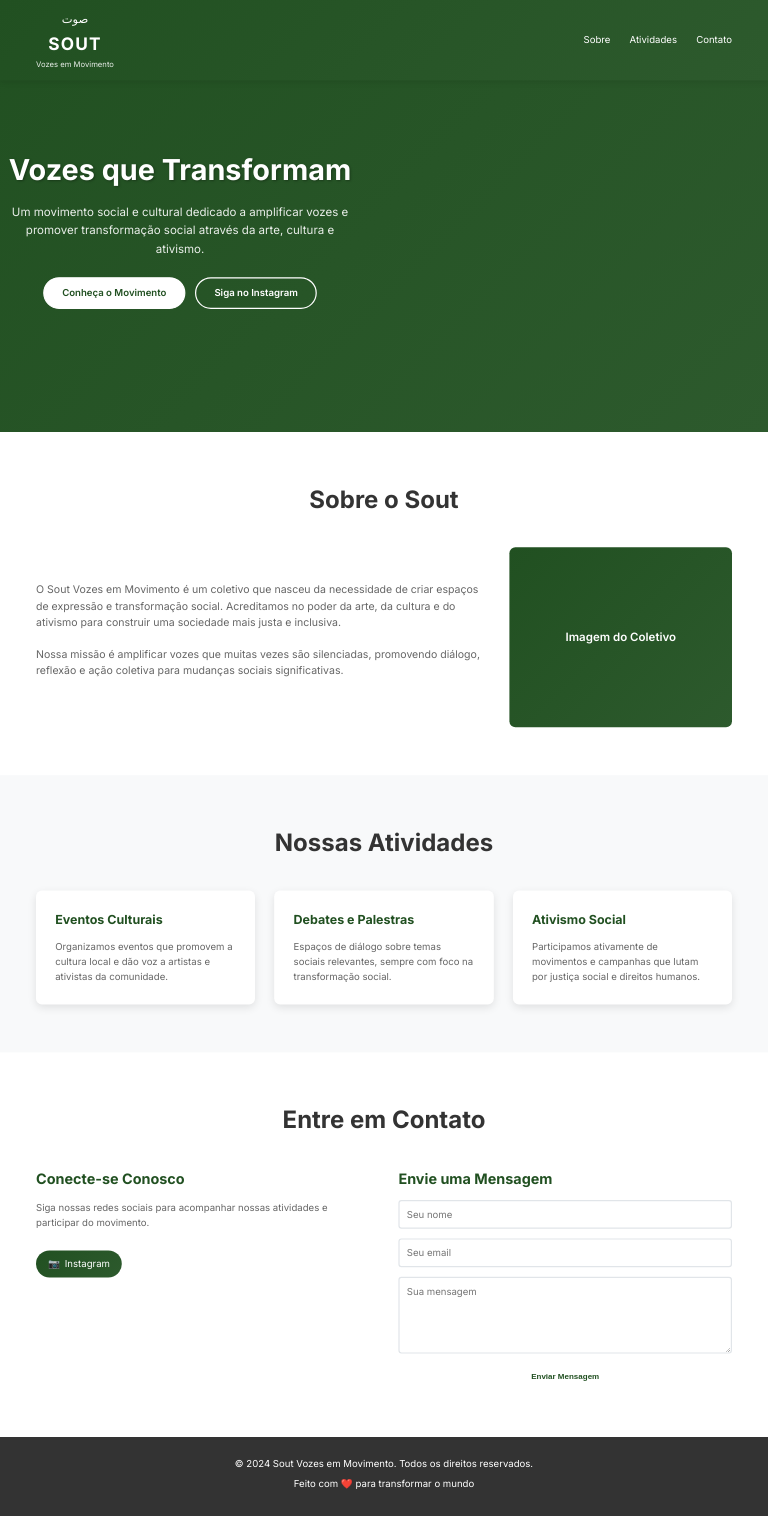
Repository: farukzahra/sout
Page: index.html
These files come from the project's save history. The page is drawn as it stood at one moment and after the next save; the edit follows.
The browser window is 1280 px wide. The pictures show the whole page, at 60% of full size.

Above is the page before, as saved 2025-10-02 12:55:02.

### index.html
<!DOCTYPE html>
<html lang="pt-BR">
<head>
    <meta charset="UTF-8">
    <meta name="viewport" content="width=device-width, initial-scale=1.0">
    <title>Sout Vozes em Movimento</title>
    <meta name="description" content="Sout Vozes em Movimento - Movimento social e cultural">
    <link rel="stylesheet" href="style.css">
    <link href="https://fonts.googleapis.com/css2?family=Inter:wght@300;400;600;700&display=swap" rel="stylesheet">
</head>
<body>
    <header class="header">
        <nav class="nav">
            <div class="nav-brand">
                <div class="logo">
                    <div class="logo-text">صوت</div>
                    <div class="logo-main">SOUT</div>
                    <div class="logo-subtitle">Vozes em Movimento</div>
                </div>
            </div>
            <ul class="nav-menu">
                <li><a href="#sobre">Sobre</a></li>
                <li><a href="#atividades">Atividades</a></li>
                <li><a href="#contato">Contato</a></li>
            </ul>
        </nav>
    </header>

    <main>
        <section class="hero">
            <div class="hero-content">
                <h2>Vozes que Transformam</h2>
                <p>Um movimento social e cultural dedicado a amplificar vozes e promover transformação social através da arte, cultura e ativismo.</p>
                <div class="hero-buttons">
                    <a href="#sobre" class="btn btn-primary">Conheça o Movimento</a>
                    <a href="https://www.instagram.com/sout_vozesemmovimento/" target="_blank" class="btn btn-secondary">Siga no Instagram</a>
                </div>
            </div>
        </section>

        <section id="sobre" class="section">
            <div class="container">
                <h2>Sobre o Sout</h2>
                <div class="about-content">
                    <div class="about-text">
                        <p>O Sout Vozes em Movimento é um coletivo que nasceu da necessidade de criar espaços de expressão e transformação social. Acreditamos no poder da arte, da cultura e do ativismo para construir uma sociedade mais justa e inclusiva.</p>
                        <p>Nossa missão é amplificar vozes que muitas vezes são silenciadas, promovendo diálogo, reflexão e ação coletiva para mudanças sociais significativas.</p>
                    </div>
                    <div class="about-image">
                        <div class="placeholder-image">
                            <span>Imagem do Coletivo</span>
                        </div>
                    </div>
                </div>
            </div>
        </section>

        <section id="atividades" class="section section-alt">
            <div class="container">
                <h2>Nossas Atividades</h2>
                <div class="activities-grid">
                    <div class="activity-card">
                        <h3>Eventos Culturais</h3>
                        <p>Organizamos eventos que promovem a cultura local e dão voz a artistas e ativistas da comunidade.</p>
                    </div>
                    <div class="activity-card">
                        <h3>Debates e Palestras</h3>
                        <p>Espaços de diálogo sobre temas sociais relevantes, sempre com foco na transformação social.</p>
                    </div>
                    <div class="activity-card">
                        <h3>Ativismo Social</h3>
                        <p>Participamos ativamente de movimentos e campanhas que lutam por justiça social e direitos humanos.</p>
                    </div>
                </div>
            </div>
        </section>

        <section id="contato" class="section">
            <div class="container">
                <h2>Entre em Contato</h2>
                <div class="contact-content">
                    <div class="contact-info">
                        <h3>Conecte-se Conosco</h3>
                        <p>Siga nossas redes sociais para acompanhar nossas atividades e participar do movimento.</p>
                        <div class="social-links">
                            <a href="https://www.instagram.com/sout_vozesemmovimento/" target="_blank" class="social-link">
                                <span>📷</span> Instagram
                            </a>
                        </div>
                    </div>
                    <div class="contact-form">
                        <h3>Envie uma Mensagem</h3>
                        <form>
                            <input type="text" placeholder="Seu nome" required>
                            <input type="email" placeholder="Seu email" required>
                            <textarea placeholder="Sua mensagem" rows="5" required></textarea>
                            <button type="submit" class="btn btn-primary">Enviar Mensagem</button>
                        </form>
                    </div>
                </div>
            </div>
        </section>
    </main>

    <footer class="footer">
        <div class="container">
            <p>&copy; 2024 Sout Vozes em Movimento. Todos os direitos reservados.</p>
            <p>Feito com ❤️ para transformar o mundo</p>
        </div>
    </footer>

    <script>
        // Smooth scrolling para links internos
        document.querySelectorAll('a[href^="#"]').forEach(anchor => {
            anchor.addEventListener('click', function (e) {
                e.preventDefault();
                const target = document.querySelector(this.getAttribute('href'));
                if (target) {
                    target.scrollIntoView({
                        behavior: 'smooth',
                        block: 'start'
                    });
                }
            });
        });

        // Formulário de contato (funcionalidade básica)
        document.querySelector('form').addEventListener('submit', function(e) {
            e.preventDefault();
            alert('Obrigado pela sua mensagem! Entraremos em contato em breve.');
            this.reset();
        });
    </script>
</body>
</html>

### style.css
/* Reset e configurações básicas */
* {
    margin: 0;
    padding: 0;
    box-sizing: border-box;
}

body {
    font-family: 'Inter', sans-serif;
    line-height: 1.6;
    color: #333;
    background-color: #fff;
}

.container {
    max-width: 1200px;
    margin: 0 auto;
    padding: 0 20px;
}

/* Header */
.header {
    background: linear-gradient(135deg, #215021 0%, #2d5a2d 100%);
    color: white;
    padding: 1rem 0;
    position: fixed;
    top: 0;
    width: 100%;
    z-index: 1000;
    box-shadow: 0 2px 10px rgba(0,0,0,0.1);
}

.nav {
    display: flex;
    justify-content: space-between;
    align-items: center;
    max-width: 1200px;
    margin: 0 auto;
    padding: 0 20px;
}

.logo {
    text-align: center;
}

.logo-text {
    font-size: 1.2rem;
    font-weight: 400;
    margin-bottom: 0.2rem;
    direction: rtl;
}

.logo-main {
    font-size: 1.8rem;
    font-weight: 700;
    letter-spacing: 2px;
    margin-bottom: 0.1rem;
}

.logo-subtitle {
    font-size: 0.8rem;
    font-weight: 400;
    opacity: 0.9;
}

.nav-menu {
    display: flex;
    list-style: none;
    gap: 2rem;
}

.nav-menu a {
    color: white;
    text-decoration: none;
    font-weight: 500;
    transition: opacity 0.3s ease;
}

.nav-menu a:hover {
    opacity: 0.8;
}

/* Hero Section */
.hero {
    background: linear-gradient(135deg, #215021 0%, #2d5a2d 100%);
    color: white;
    padding: 120px 0 80px;
    text-align: center;
    min-height: 100vh;
    display: flex;
    align-items: center;
}

.hero-content h2 {
    font-size: 3rem;
    font-weight: 700;
    margin-bottom: 1rem;
    text-shadow: 2px 2px 4px rgba(0,0,0,0.3);
}

.hero-content p {
    font-size: 1.2rem;
    margin-bottom: 2rem;
    max-width: 600px;
    margin-left: auto;
    margin-right: auto;
    opacity: 0.9;
}

.hero-buttons {
    display: flex;
    gap: 1rem;
    justify-content: center;
    flex-wrap: wrap;
}

/* Botões */
.btn {
    display: inline-block;
    padding: 12px 30px;
    text-decoration: none;
    border-radius: 50px;
    font-weight: 600;
    transition: all 0.3s ease;
    border: 2px solid transparent;
}

.btn-primary {
    background: white;
    color: #215021;
    border-color: white;
}

.btn-primary:hover {
    background: transparent;
    color: white;
    border-color: white;
}

.btn-secondary {
    background: transparent;
    color: white;
    border-color: white;
}

.btn-secondary:hover {
    background: white;
    color: #215021;
}

/* Seções */
.section {
    padding: 80px 0;
}

.section-alt {
    background-color: #f8f9fa;
}

.section h2 {
    text-align: center;
    font-size: 2.5rem;
    margin-bottom: 3rem;
    color: #333;
}

/* Sobre */
.about-content {
    display: grid;
    grid-template-columns: 2fr 1fr;
    gap: 3rem;
    align-items: center;
}

.about-text p {
    font-size: 1.1rem;
    margin-bottom: 1.5rem;
    color: #666;
}

.placeholder-image {
    background: linear-gradient(135deg, #215021 0%, #2d5a2d 100%);
    height: 300px;
    border-radius: 10px;
    display: flex;
    align-items: center;
    justify-content: center;
    color: white;
    font-size: 1.2rem;
    font-weight: 600;
}

/* Atividades */
.activities-grid {
    display: grid;
    grid-template-columns: repeat(auto-fit, minmax(300px, 1fr));
    gap: 2rem;
}

.activity-card {
    background: white;
    padding: 2rem;
    border-radius: 10px;
    box-shadow: 0 5px 15px rgba(0,0,0,0.1);
    transition: transform 0.3s ease, box-shadow 0.3s ease;
}

.activity-card:hover {
    transform: translateY(-5px);
    box-shadow: 0 10px 25px rgba(0,0,0,0.15);
}

.activity-card h3 {
    color: #215021;
    margin-bottom: 1rem;
    font-size: 1.3rem;
}

.activity-card p {
    color: #666;
    line-height: 1.6;
}

/* Contato */
.contact-content {
    display: grid;
    grid-template-columns: 1fr 1fr;
    gap: 3rem;
}

.contact-info h3 {
    color: #215021;
    margin-bottom: 1rem;
    font-size: 1.5rem;
}

.contact-info p {
    color: #666;
    margin-bottom: 2rem;
}

.social-links {
    display: flex;
    gap: 1rem;
}

.social-link {
    display: flex;
    align-items: center;
    gap: 0.5rem;
    padding: 10px 20px;
    background: linear-gradient(135deg, #215021 0%, #2d5a2d 100%);
    color: white;
    text-decoration: none;
    border-radius: 25px;
    transition: transform 0.3s ease;
}

.social-link:hover {
    transform: translateY(-2px);
}

.contact-form h3 {
    color: #215021;
    margin-bottom: 1rem;
    font-size: 1.5rem;
}

.contact-form form {
    display: flex;
    flex-direction: column;
    gap: 1rem;
}

.contact-form input,
.contact-form textarea {
    padding: 12px;
    border: 2px solid #e1e5e9;
    border-radius: 5px;
    font-family: inherit;
    font-size: 1rem;
    transition: border-color 0.3s ease;
}

.contact-form input:focus,
.contact-form textarea:focus {
    outline: none;
    border-color: #215021;
}

.contact-form textarea {
    resize: vertical;
    min-height: 120px;
}

/* Footer */
.footer {
    background: #333;
    color: white;
    text-align: center;
    padding: 2rem 0;
}

.footer p {
    margin-bottom: 0.5rem;
}

/* Responsividade */
@media (max-width: 768px) {
    .nav {
        flex-direction: column;
        gap: 1rem;
    }

    .nav-menu {
        gap: 1rem;
    }

    .hero-content h2 {
        font-size: 2rem;
    }

    .hero-buttons {
        flex-direction: column;
        align-items: center;
    }

    .about-content,
    .contact-content {
        grid-template-columns: 1fr;
        gap: 2rem;
    }

    .activities-grid {
        grid-template-columns: 1fr;
    }

    .section h2 {
        font-size: 2rem;
    }
}

@media (max-width: 480px) {
    .hero {
        padding: 100px 0 60px;
    }

    .hero-content h2 {
        font-size: 1.8rem;
    }

    .hero-content p {
        font-size: 1rem;
    }

    .section {
        padding: 60px 0;
    }

    .container {
        padding: 0 15px;
    }
}

After the next save:
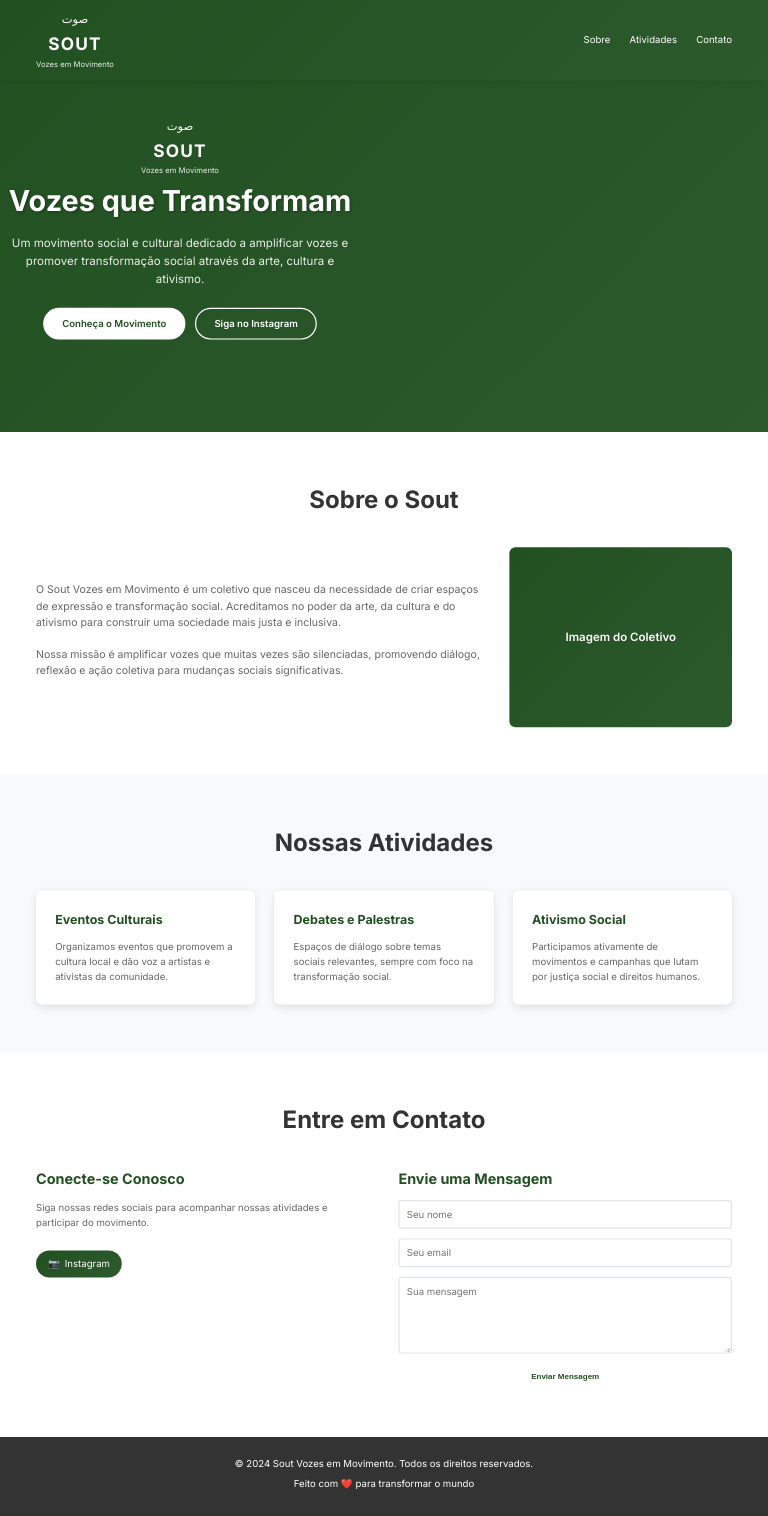
Saved 3 s later.
--- a/index.html
+++ b/index.html
@@ -29,6 +29,11 @@
     <main>
         <section class="hero">
             <div class="hero-content">
+                <div class="hero-logo">
+                    <div class="logo-text">صوت</div>
+                    <div class="logo-main">SOUT</div>
+                    <div class="logo-subtitle">Vozes em Movimento</div>
+                </div>
                 <h2>Vozes que Transformam</h2>
                 <p>Um movimento social e cultural dedicado a amplificar vozes e promover transformação social através da arte, cultura e ativismo.</p>
                 <div class="hero-buttons">
